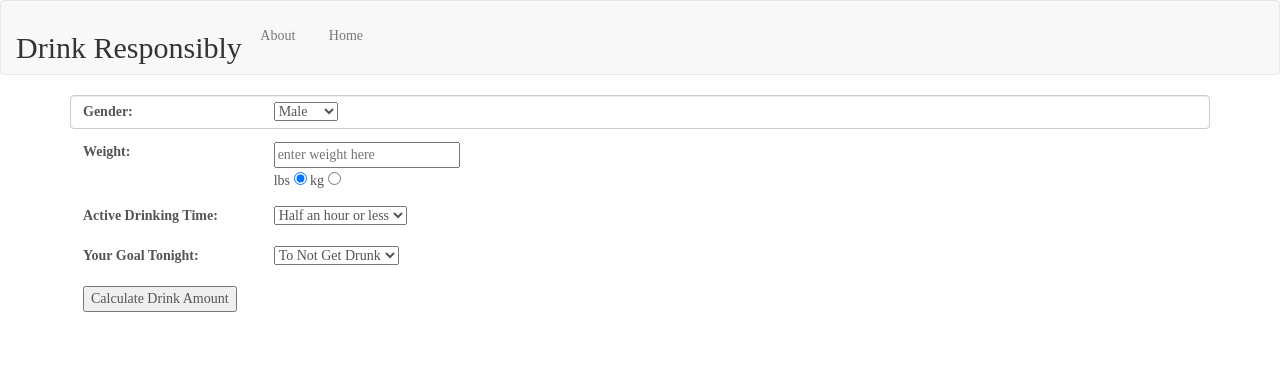
Repository: NatNat180/DrinkResponsibly
Page: http://localhost/DrinkResponsibly/form
The author's editor kept a copy of each file at every save. The page is drawn from the files as they stood at one save, then again after the next save.
The browser window is 1280 px wide. The pictures show the whole page.
Some web fonts or font styles are not loaded; a fallback is used. The page is served by Tomcat 9.

Above is the page before, as saved 2016-04-14 00:19:14.

After the next save:
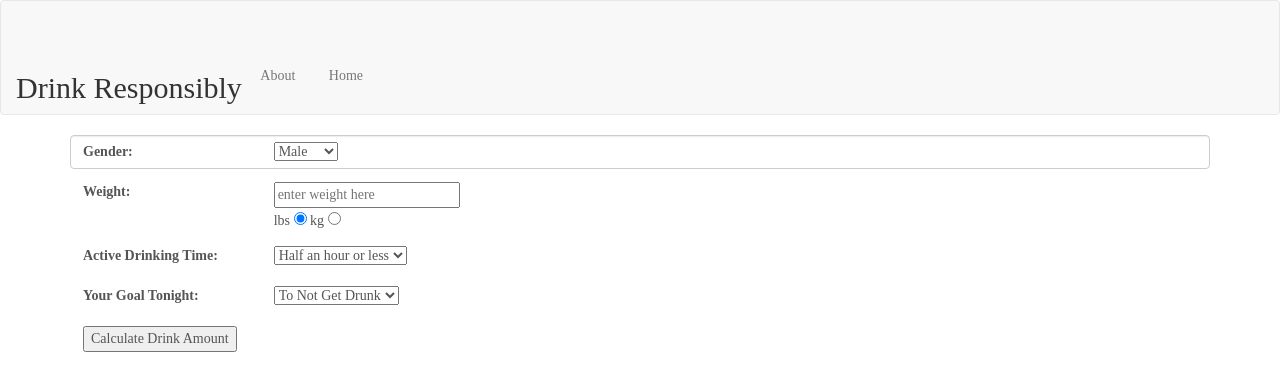
Saved 7 s later.
--- a/DrinkResponsibly/WebContent/css/style.css
+++ b/DrinkResponsibly/WebContent/css/style.css
@@ -10,7 +10,7 @@ font-family: 'Amatic SC', cursive;
 
 nav {
 
-	padding-top: 10px;
+	padding-top: 50px;
 }
 
 h1 {font-family: 'Poiret One', cursive;}
